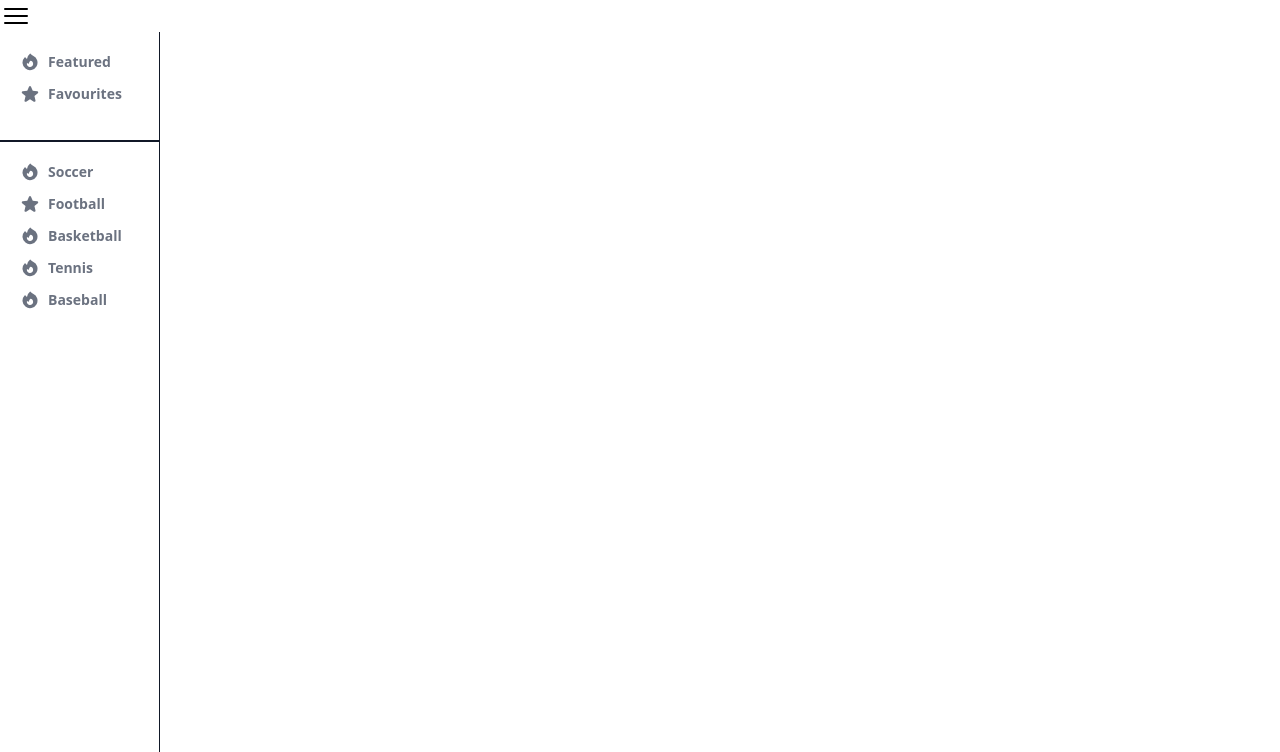
Repository: thekingisherenow/Betterbook
Page: /
These files come from the project's save history. The page is drawn as it stood at one moment and after the next save; the edit follows.
The browser window is 1280 px wide. The pictures show the whole page.
The project was rebuilt for these pictures with package versions that can differ from the ones it lists, and the page was loaded fresh each time. The framework's server and built-in components were replaced by stand-ins that run in the browser. Also part of the build but not shown: next.config.js.

Above is the page before, as saved 2023-01-16 21:14:45.

### src/pages/_app.tsx
import type { AppProps } from 'next/app'
import { Provider } from 'react-redux'
import store from '../core/store'
import '../core/styles/root.css'

const App = (props: AppProps) => {
  const { Component, pageProps } = props
  return (
    <Provider store={store}>
      <Component {...pageProps} />
    </Provider>
  )
}

export default App

### src/pages/index.tsx
import type { NextPage } from 'next'
import { useEffect, useState } from 'react'
import API from '../core/services'
import { Game } from '../types/game'
import Sidebar from '../components/Typography/Sidebar'
import Header from '../components/Typography/Header'

const IndexPage: NextPage = () => {
  const [games, setGames] = useState<Game[]>([])

  useEffect(() => {
    API.games.fetchGames().then(setGames)
  }, [])

  return <div>
        <main className=''>

          {/* Header  */}
          <Header />
            {/* Sidebar */}
            <Sidebar/>
            {/* Center  */}

        </main>
  </div>
}

export default IndexPage

### src/core/store/index.ts
import { configureStore } from '@reduxjs/toolkit'
import { counterReducer } from './slices/counterSlice'

const store = configureStore({
  reducer: {
    counter: counterReducer,
  },
})

export default store

### src/core/services/index.ts
import * as gamesServices from './games'

const API = {
  games: gamesServices,
}

export default API

### src/components/Typography/Sidebar.tsx
import React from 'react'
import { FireIcon, StarIcon } from '@heroicons/react/24/solid'

function Sidebar() {
    return (
        <div className='text-gray-500 text-sm border-r h-screen w-40 border-gray-900'>
            <div>
                <div className='flex flex-col  p-5 space-y-3 font-semibold mb-4'>
                    <button className='flex items-center space-x-2 hover:text-blue-600'>
                        <FireIcon className='w-5 h-5' />
                        <p>Featured</p>
                    </button>
                    <button className='flex items-center space-x-2 hover:text-blue-600'>
                        <StarIcon className='w-5 h-5' />
                        <p>Favourites</p>
                    </button>
                </div>
                    <hr className='border-t-2 border-gray-900' />

                <div className='flex flex-col space-y-3  p-5 font-semibold mb-4'>
                    <button className='flex items-center space-x-2 hover:text-blue-600'>
                        <FireIcon className='w-5 h-5' />
                        <p>Soccer</p>
                    </button>
                    <button className='flex items-center space-x-2 hover:text-blue-600'>
                        <StarIcon className='w-5 h-5' />
                        <p>Football</p>
                    </button>
                    <button className='flex items-center space-x-2 hover:text-blue-600'>
                        <FireIcon className='w-5 h-5' />
                        <p>Basketball</p>
                    </button>
                    <button className='flex items-center space-x-2 hover:text-blue-600'>
                        <FireIcon className='w-5 h-5' />
                        <p>Tennis</p>
                    </button>
                    <button className='flex items-center space-x-2 hover:text-blue-600'>
                        <FireIcon className='w-5 h-5' />
                        <p>Baseball</p>
                    </button>
                </div>
            </div>
        </div>
    )
}

export default Sidebar

### src/components/Typography/Header.tsx
import { Bars3Icon } from '@heroicons/react/24/solid'
import React from 'react'

function Header() {
  return (
    <header >
      <div>
        <Bars3Icon className='h-8 w-8 cursor-pointer'/>
      </div>
    </header>
  )
}

export default Header

### src/core/store/slices/counterSlice.ts
import { createSlice } from '@reduxjs/toolkit'

export const counterSlice = createSlice({
  name: 'counter',
  initialState: {
    count: 0,
  },
  reducers: {
    setCount(state, { payload }) {
      state.count = payload
    },
  },
})

export const counterReducer = counterSlice.reducer

### src/core/services/games.ts
import { Game } from '../../types/game'

export const fetchGames = (): Promise<Game[]> => {
  return Promise.resolve([
    {
      id: '1',
      name: 'Spain vs Argentina',
    },
  ])
}

### tailwind.config.js
/** @type {import('tailwindcss').Config} */
module.exports = {
  content: [
    './src/pages/**/*.{js,ts,jsx,tsx}',
    './src/components/**/*.{js,ts,jsx,tsx}',
    './src/modules/**/*.{js,ts,jsx,tsx}',
  ],
  theme: {
    extend: {},
  },
  plugins: [],
}

Loaded but not shown: src/core/styles/root.css (common file)

After the next save:
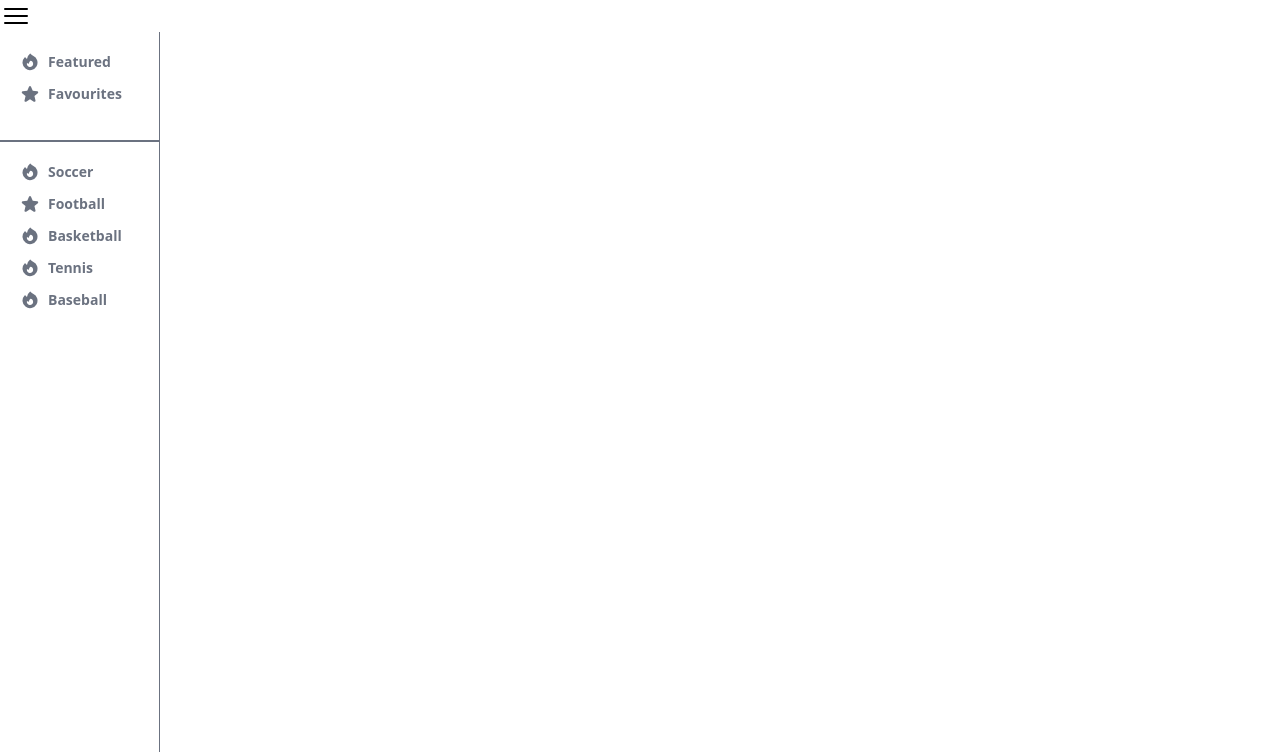
Saved 22 min 9 s later.
--- a/src/components/Typography/Sidebar.tsx
+++ b/src/components/Typography/Sidebar.tsx
@@ -3,7 +3,7 @@ import { FireIcon, StarIcon } from '@heroicons/react/24/solid'
 
 function Sidebar() {
     return (
-        <div className='text-gray-500 text-sm border-r h-screen w-40 border-gray-900'>
+        <div className='text-gray-500 text-sm border-r h-screen w-40 border-gray-500'>
             <div>
                 <div className='flex flex-col  p-5 space-y-3 font-semibold mb-4'>
                     <button className='flex items-center space-x-2 hover:text-blue-600'>
@@ -15,7 +15,7 @@ function Sidebar() {
                         <p>Favourites</p>
                     </button>
                 </div>
-                    <hr className='border-t-2 border-gray-900' />
+                    <hr className='border-t-2 border-gray-500' />
 
                 <div className='flex flex-col space-y-3  p-5 font-semibold mb-4'>
                     <button className='flex items-center space-x-2 hover:text-blue-600'>
